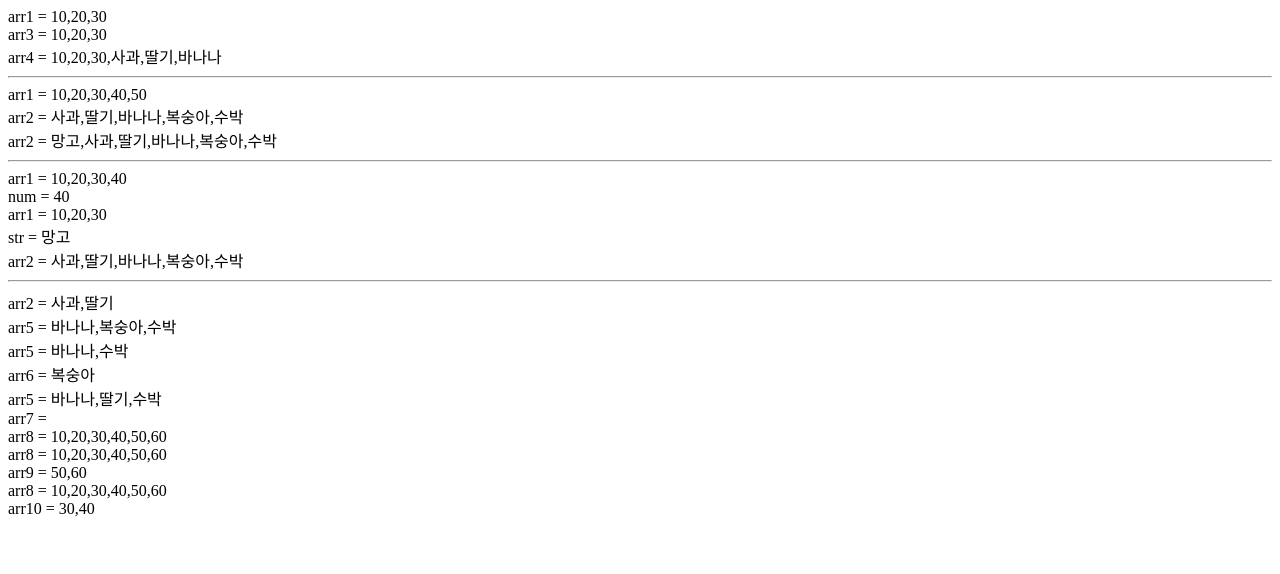
Repository: ssummini/Web
Page: JavaScript/src/main/webapp/js/exam21-1.html
These files come from the project's save history. The page is drawn as it stood at one moment and after the next save; the edit follows.
The browser window is 1280 px wide. The pictures show the whole page.

Above is the page before, as saved 2024-08-21 03:48:12.

After the next save:
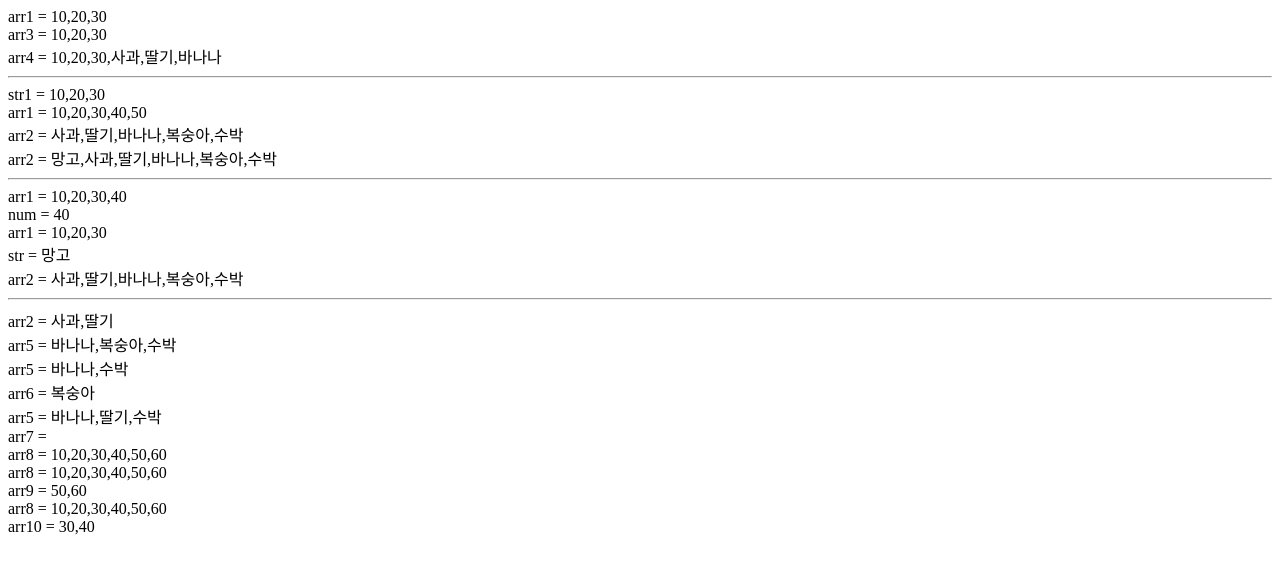
Saved 9 s later.
--- a/JavaScript/src/main/webapp/js/exam21-1.html
+++ b/JavaScript/src/main/webapp/js/exam21-1.html
@@ -20,7 +20,7 @@
 
 	//join - 배열을 문자열로 만든다.
 	let str1 = arr1.join();
-
+	document.write(`str1 = ${str1}<br>`);
 
 	//배열 요소 추가
 	//push - 뒤에 추가
